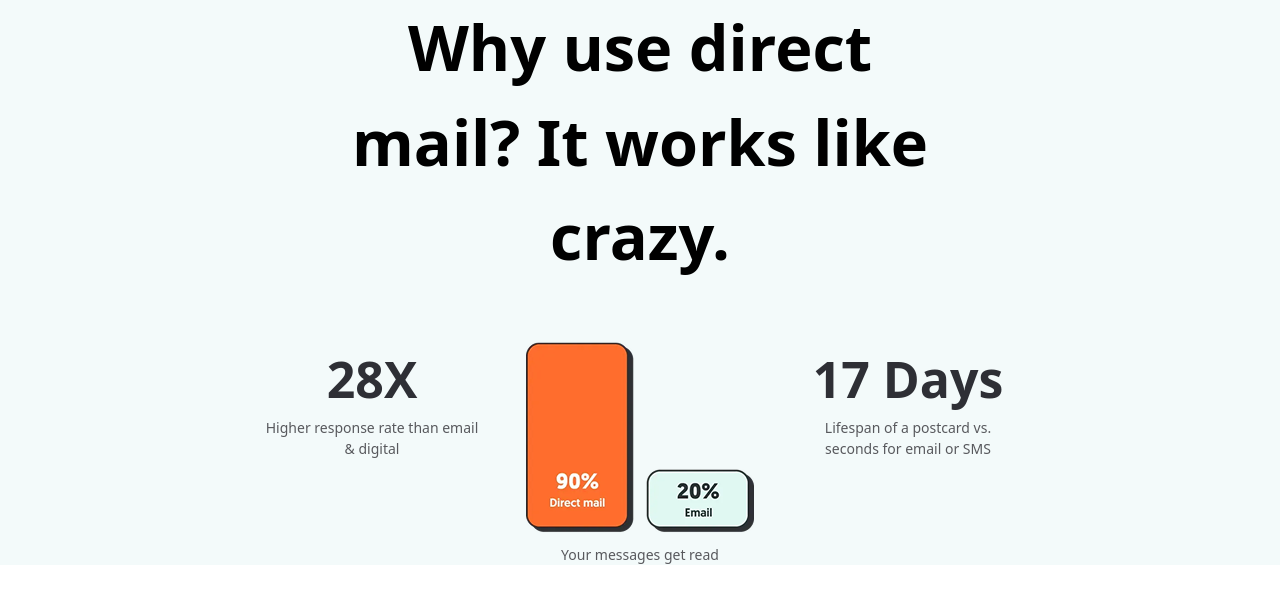
Repository: trusha97/postpilot
Page: mailsende.html
These files come from the project's save history. The page is drawn as it stood at one moment and after a run of saves; the edit follows.
The browser window is 1280 px wide. The pictures show the whole page.
Some web libraries are served in a nearby version.

Above is the page before, as saved 2025-05-21 15:00:42.

After the next 3 saves:
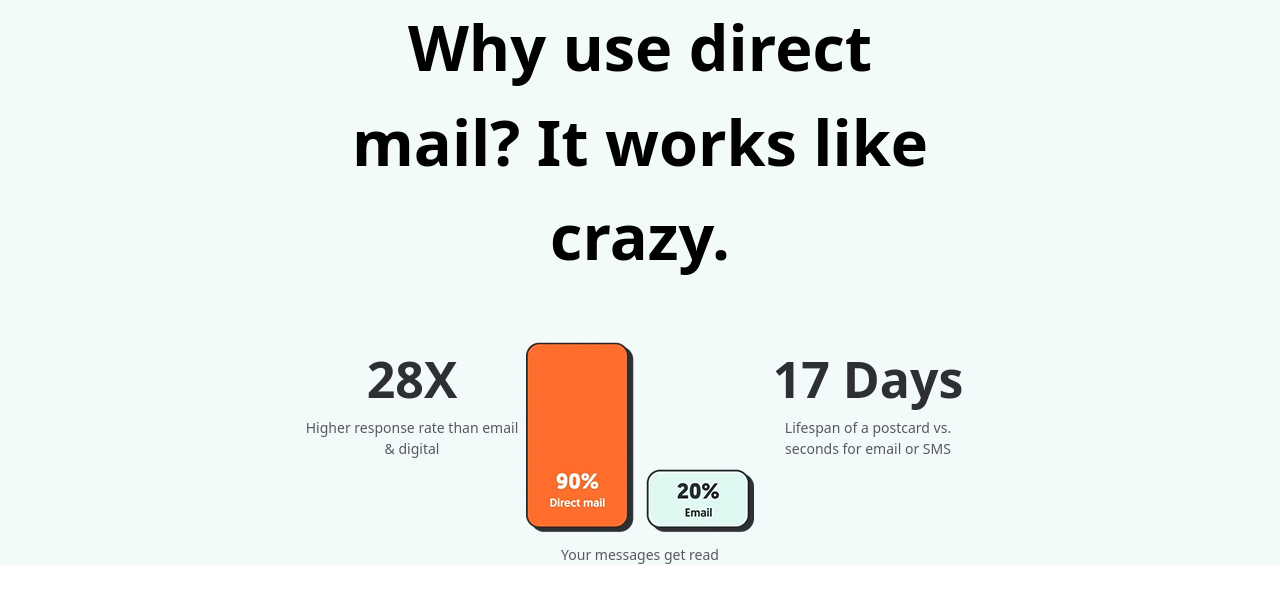
The 3 saves are shown as one change because they came seconds apart.
The last was saved 35 s later.
--- a/mailsende.html
+++ b/mailsende.html
@@ -15,7 +15,7 @@
             <p class="text-[63px] max-w-[615px] text-center mx-auto font-bold">Why use direct mail?
                 It <span>works</span> like crazy.</p>
         </div>
-        <div class="flex flex-wrap justify-center gap-y-10 gap-x-10 mt-[58px] mx-auto max-w-6xl px-4">
+        <div class="flex flex-wrap justify-center gap-[] mt-[58px] mx-auto max-w-6xl px-4">
             <div class="w-full sm:w-[45%] md:w-[30%] max-w-[228px] text-center">
                 <h2 class="text-[63px] font-bold text-[#2E2F35] md:text-[50px] sm:text-[30px]">28X</h2>
                 <p class="text-[14px] font-medium text-[#58595D]">
